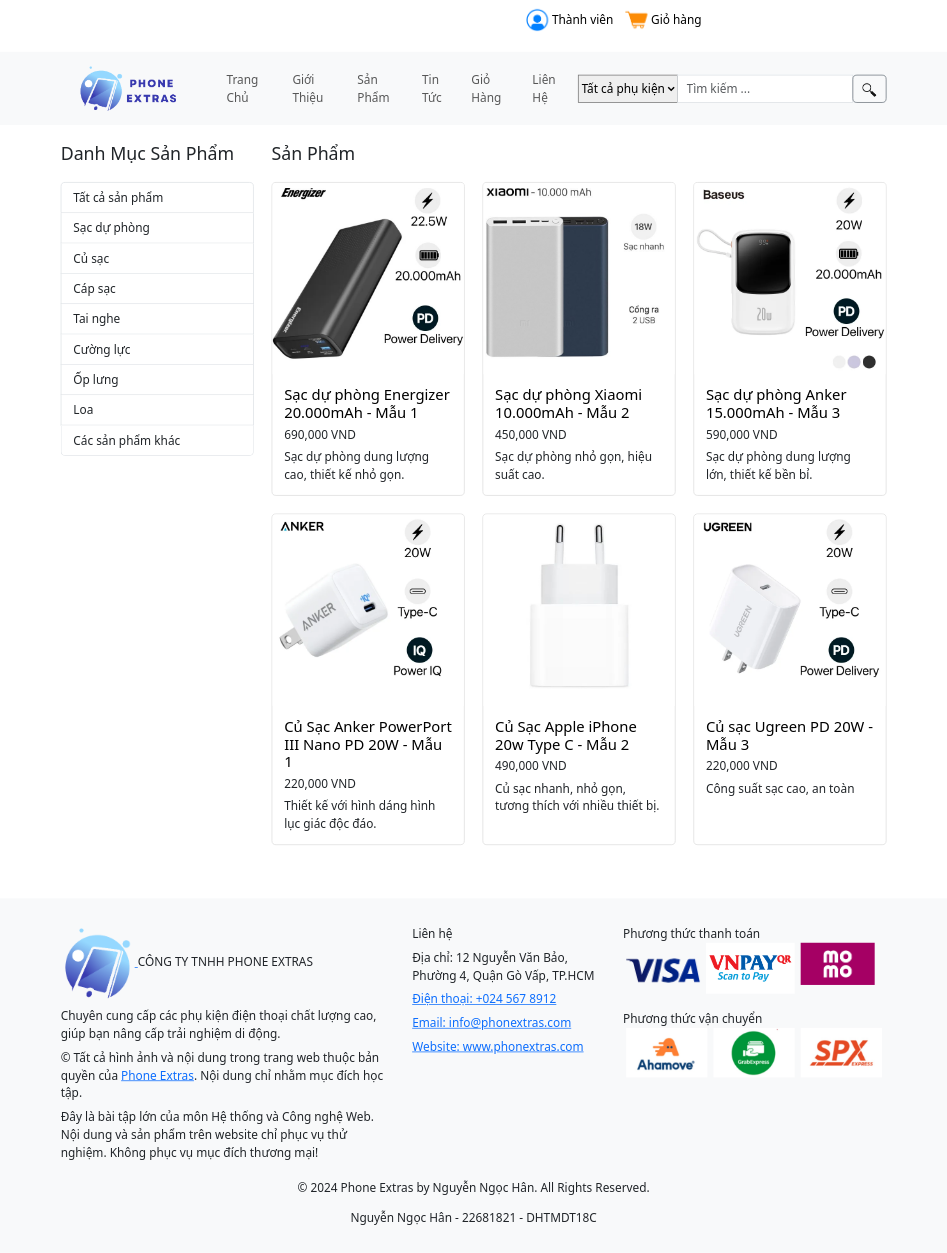
Repository: munnkawaii/BTL-PhoneExtras
Page: html/products.html
The author's editor kept a copy of each file at every save. The page is drawn from the files as they stood at one save, then again after the next save.
The browser window is 1280 px wide. The pictures show the whole page, at 74% of full size.

Above is the page before, as saved 2024-11-16 00:34:01.

After the next save:
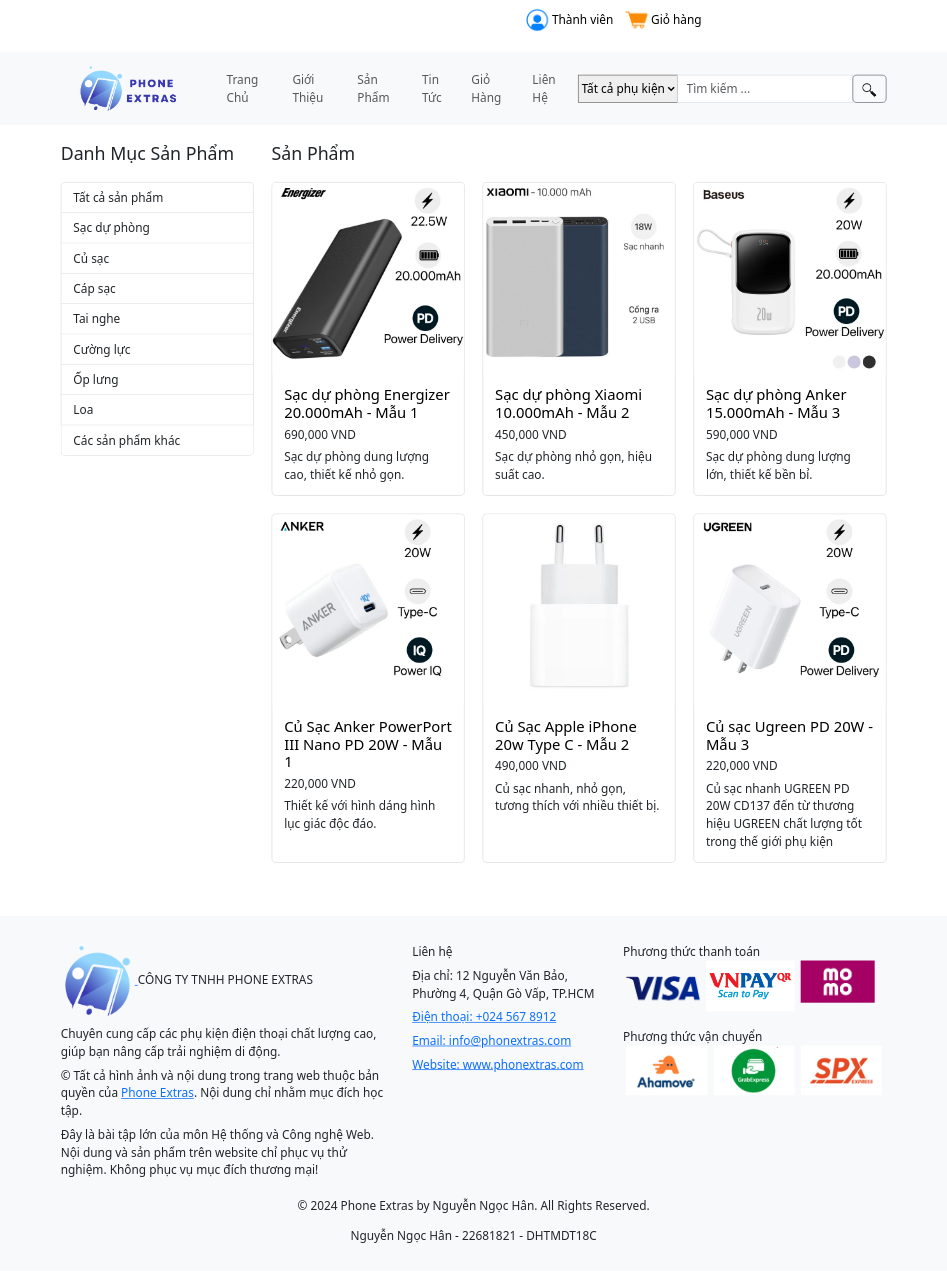
Saved 16 s later.
--- a/html/products.html
+++ b/html/products.html
@@ -249,7 +249,7 @@
                                     <a href="#" data-toggle="modal" data-target="#productModal6">Củ sạc Ugreen PD 20W - Mẫu 3</a>
                                 </h5>
                                 <h6>220,000 VND</h6>
-                                <p class="card-text">Công suất sạc cao, an toàn</p>
+                                <p class="card-text">Củ sạc nhanh UGREEN PD 20W CD137 đến từ thương hiệu UGREEN chất lượng tốt trong thế giới phụ kiện</p>
                             </div>
                         </div>
                     </div>
